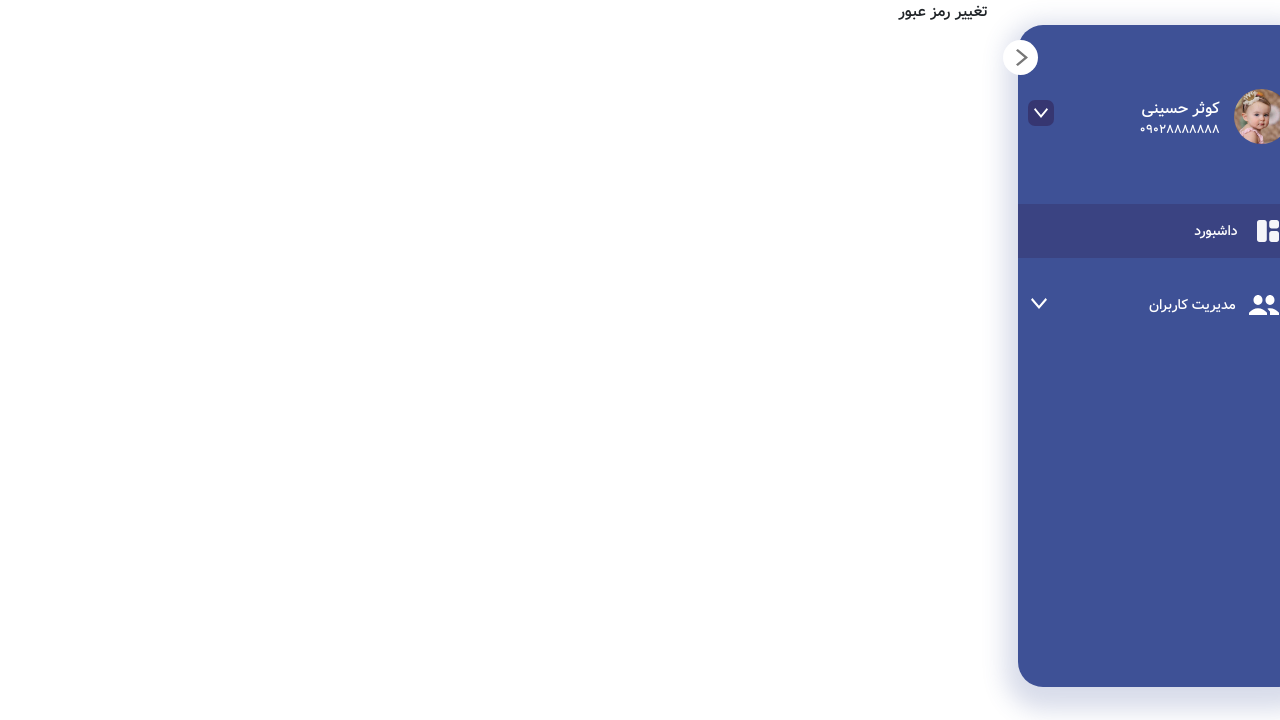
Repository: kosar78/quiz-online
Page: manager-panel-change-password.html
The author's editor kept a copy of each file at every save. The page is drawn from the files as they stood at one save, then again after the next save.
The browser window is 1280 px wide. The pictures show the whole page.

Above is the page before, as saved 2021-11-10 00:06:16.

After the next save:
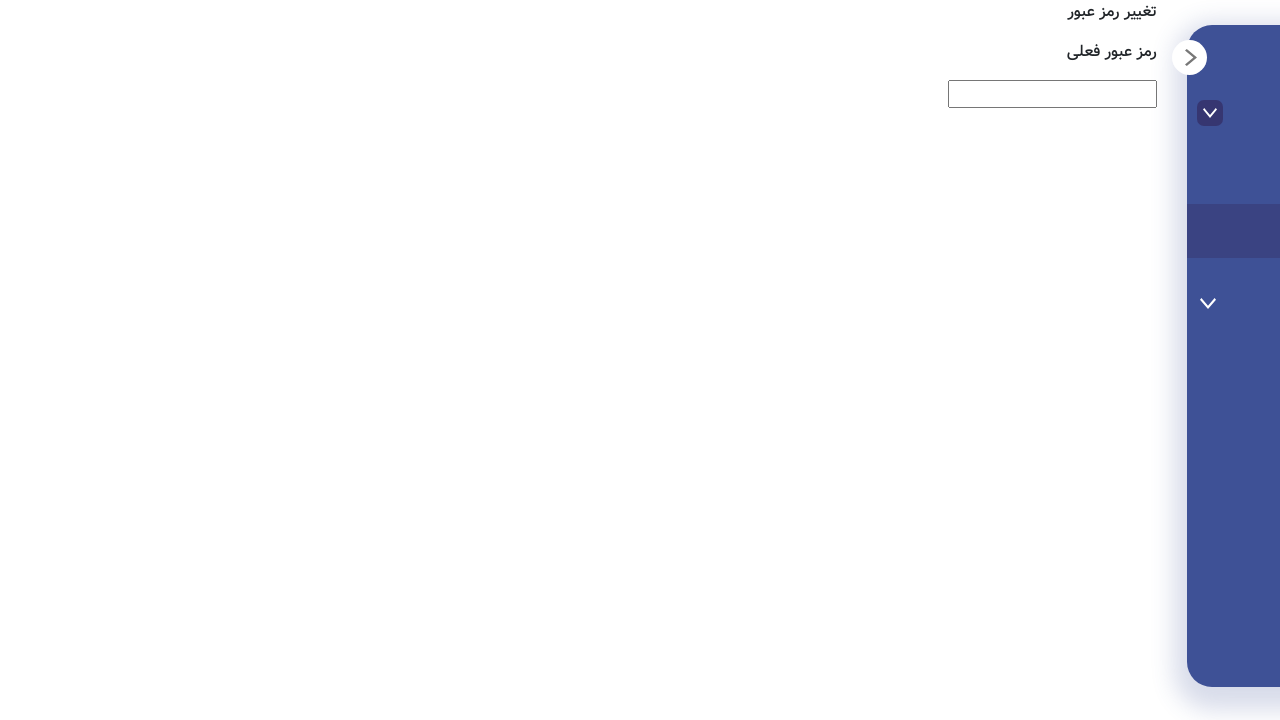
Saved 46 s later.
--- a/manager-panel-change-password.html
+++ b/manager-panel-change-password.html
@@ -114,7 +114,10 @@
                     <p class="title">
                         تغییر رمز عبور
                     </p>
-
+                    <p class="top-input">
+                        رمز عبور فعلی
+                    </p>
+                    <input type="text" name="password" id="">
                 </div>
             </div>
         </div>
